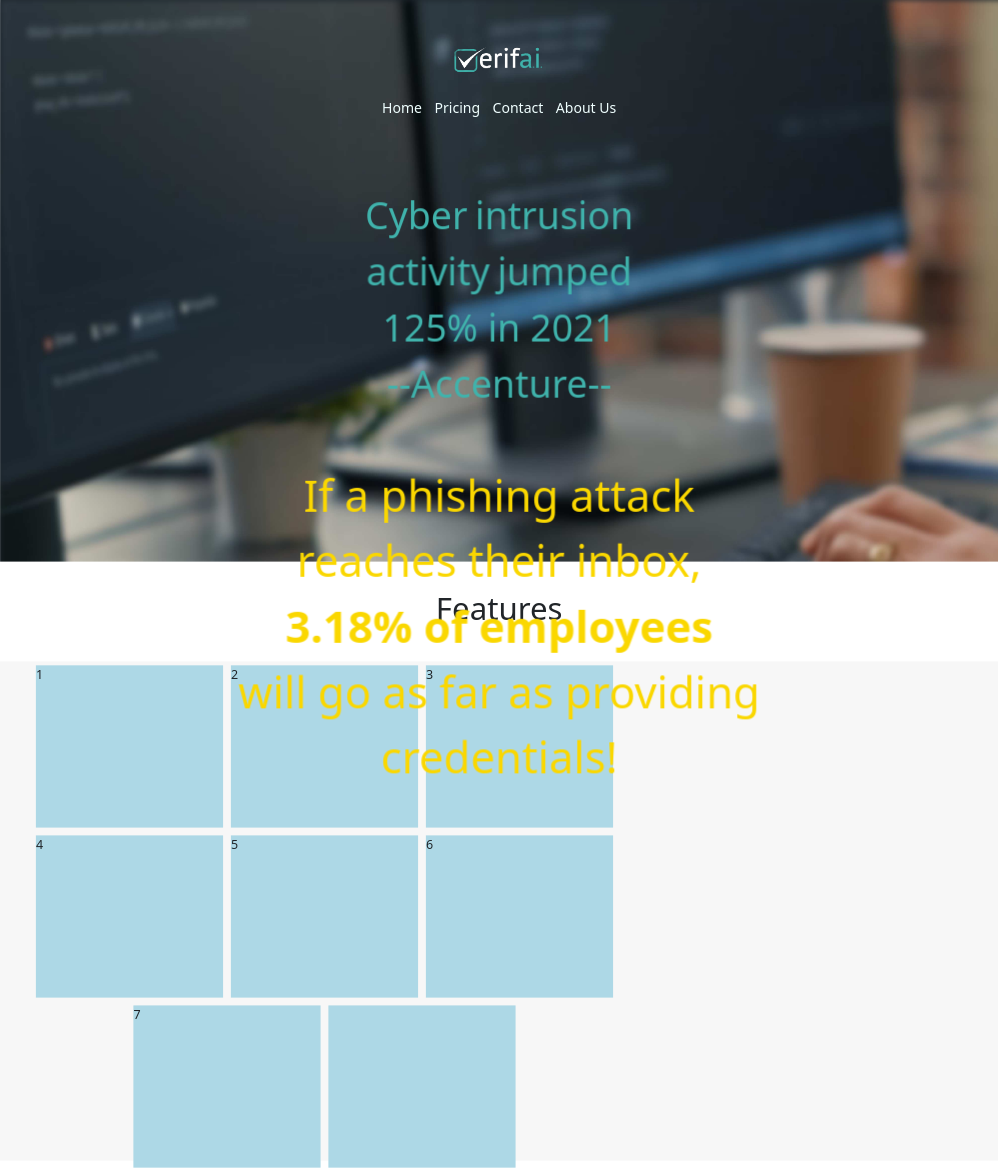
Repository: Ali-VB/verif-website
Page: /
The author's editor kept a copy of each file at every save. The page is drawn from the files as they stood at one save, then again after the next save.
The browser window is 1280 px wide. The pictures show the whole page, at 78% of full size.
The project was rebuilt for these pictures with package versions that can differ from the ones it lists, and the page was loaded fresh each time.

Above is the page before, as saved 2022-04-19 10:58:18.

### src/index.css
 body {
  margin: 0;
  padding: 0;
  font-family: -apple-system, BlinkMacSystemFont, 'Segoe UI', 'Roboto', 'Oxygen',
    'Ubuntu', 'Cantarell', 'Fira Sans', 'Droid Sans', 'Helvetica Neue',
    sans-serif;
  -webkit-font-smoothing: antialiased;
  -moz-osx-font-smoothing: grayscale;
}

/* code {
  font-family: source-code-pro, Menlo, Monaco, Consolas, 'Courier New',
    monospace;
}  */

### src/App.js
import React from "react";
import './App.css'
import Navbar from './components/Navbar/Navbar';
import Features from './components/Features/Features'
import Header from './components/Header/Header'


function App() {
  return (
    <div>
      <div className="nav-bg">
        <Navbar />
        <Header />

      </div>
       <Features />
    </div>

  );
}

export default App;

### src/App.css

.nav-bg{
    background-image: url("./Assets/imgs/nav-bg.png");
    height: 100vh;
}

### src/components/Navbar/Navbar.jsx
import React from "react";
import "./Navbar.css";
import verifLogo from "../../Assets/imgs/logo_verif_white.png";
import Header from "../Header/Header";

function Navbar() {
  return (
    <div className="container">
      <div className=" navbar">
        <img className="verif-logo" src={verifLogo} alt="verif-logo" />
        <ul className="navLink">
          <li>Home</li>
          <li>Pricing</li>
          <li>Contact</li>
          <li>About Us</li>
        </ul>
      </div>
    </div>
  );
}

export default Navbar;

### src/components/Features/Features.jsx
import React from "react";
import "./Features.css";
const Features = () => {
  return (
    <div>
      <div className="features-title-section">
        <h1 className="features-title">Features</h1>
      </div>
      <div className="features-section">
        <div className="feature-table">
          <div>1</div>
          <div>2</div>
          <div>3</div>
          <div>4</div>
          <div>5</div>
          <div>6</div>
          <div>7</div>
          <div></div>
        </div>
      </div>
    </div>
  );
};

export default Features;

### src/components/Header/Header.jsx
import React from "react";
import "./Header.css";

export default function Header() {
  return (
    <div className="header-animated">
      <div className="text-first">
        <span className="text-first-span">Cyber</span>
        <span className="text-first-span">intrusion</span>
        <span className="text-first-span">activity</span>
        <span className="text-first-span">jumped</span>
        <span className="text-first-span">125% in 2021</span>
        <span className="text-first-span">--Accenture--</span>
      </div>
      <div className="text-second">
        <span className="text-second-span">If a phishing attack reaches their inbox,</span>
        <span className="text-second-span">3.18% of employees</span>
        <span className="text-second-span">
          will go as far as providing credentials!
        </span>
      </div>
    </div>
  );
}

### src/components/Navbar/Navbar.css

.navbar{
    display: flex;
    flex-direction: column;
    justify-content: center;
    height:10rem;
}
.verif-logo{
    width: 8rem;
    margin-top: 3rem;
}
.verif-logo:hover{
    cursor: pointer;
}
.navLink{
    margin: 0;
    padding:0;
    list-style-type: none;
    display: flex;
    color: azure;
    font-size: 18px;
    gap: 1rem;

}
.navLink:hover{
    cursor: pointer;
}

### src/components/Features/Features.css
.features-title-section{
    height: 8rem;
    display: flex;
    justify-content: center;
    align-items: center;
}
.features-title{

}
.features-section{
    height: 40rem;
    background-color: #f7f7f7;
}
.feature-table{
    display: flex;
    flex-wrap: wrap;
    justify-content: center;
    align-items: center;
    align-content: center;
    width: 65%;
    /* height: 80vh; */
    overflow: auto;
    flex-direction: row;
}
.feature-table div{
    width: 15rem;
    height: 13rem;
    margin: 5px;
    background-color: lightblue;
    /* border: 1px solid red; */
}

### src/components/Header/Header.css
.header-animated{
    overflow-wrap:break-word;
    margin:0 auto;
    padding: 3rem 5rem;
}

.text-first {
    padding: 2rem 2rem;
    color: #40B3AC;
    font-size:3rem;
    width: 40%;
    margin: 0 auto;
    text-align: center;
    transform: scale(0.94);
    animation: scale 2s forwards cubic-bezier(0.5, 1, 0.89, 1);
  }
.text-second {
    padding: 2rem 2rem;
    color: #FAD700;
    font-size:3.5rem;
    width: 70%;
    margin: 0 auto;
    text-align: center;
    transform: scale(0.94);
    animation: scale 3s forwards cubic-bezier(0.5, 1, 0.89, 1);
  }
  @keyframes scale {
    100% {
      transform: scale(1);
    }
  }

  .text-first-span {
    display: inline-block;
    opacity: 0;
    filter: blur(4px);
  }

  .text-first-span:nth-child(1) {
    animation: fade-in 1s 0.1s forwards cubic-bezier(0.11, 0, 0.5, 0);
    margin: 0 0.3rem;
  }

  .text-first-span:nth-child(2) {
    animation: fade-in 1s 0.3s forwards cubic-bezier(0.11, 0, 0.5, 0);
    margin: 0 0.3rem;
  }

  .text-first-span:nth-child(3) {
    animation: fade-in 1s 0.5s forwards cubic-bezier(0.11, 0, 0.5, 0);
    margin: 0 0.3rem;
  }

  .text-first-span:nth-child(4) {
    animation: fade-in 1s 0.7s forwards cubic-bezier(0.11, 0, 0.5, 0);
    margin: 0 0.3rem;
  }

  .text-first-span:nth-child(5) {
    animation: fade-in 1s 0.9s forwards cubic-bezier(0.11, 0, 0.5, 0);
    margin: 0 0.3rem;
  }
  .text-first-span:nth-child(6) {
    animation: fade-in 1s 0.9s forwards cubic-bezier(0.11, 0, 0.5, 0);
    margin: 0 0.3rem;
  }

  .text-second-span {
    display: inline-block;
    opacity: 0;
    filter: blur(4px);
  }

  .text-second-span:nth-child(1) {
    animation: fade-in 1.2s 2.2s forwards cubic-bezier(0.11, 0, 0.5, 0);
    margin: 0 0.3rem;
  }

  .text-second-span:nth-child(2) {
    animation: fade-in 1.8s 2.6s forwards cubic-bezier(0.11, 0, 0.5, 0);
    margin: 0 0.3rem;
    font-weight: bolder;
  }

  .text-second-span:nth-child(3) {
    animation: fade-in 1.2s 3.6s forwards cubic-bezier(0.11, 0, 0.5, 0);
    margin: 0 0.3rem;
  }


  @keyframes fade-in {
    100% {
      opacity: 1;
      filter: blur(0);
    }
  }

  @media only screen and (max-width: 992px) {
    .text-first {
        margin-top: 3rem;
        margin-bottom: 2rem;
        padding: 0.1rem 0.1rem;
        width: 90%;
        font-size:3.5rem;


      }
      .text-second {
        padding: 0.1rem 0.1rem;
        width: 90%;
        font-size:4rem;

      }
  }

  @media only screen and (max-width: 768px) {
    .text-first {
        margin-top: 4.5rem;
        margin-bottom: 3rem;
        padding: 0.1rem 0.1rem;
        width: 90%;
        font-size:1.5rem;


      }
    .text-second {
        padding: 0.1rem 0.1rem;
        width: 90%;
        font-size:2.1rem;

      }
  }

Loaded but not shown: public/index.html (common file); src/index.js (common file); src/reportWebVitals.js (common file)

After the next save:
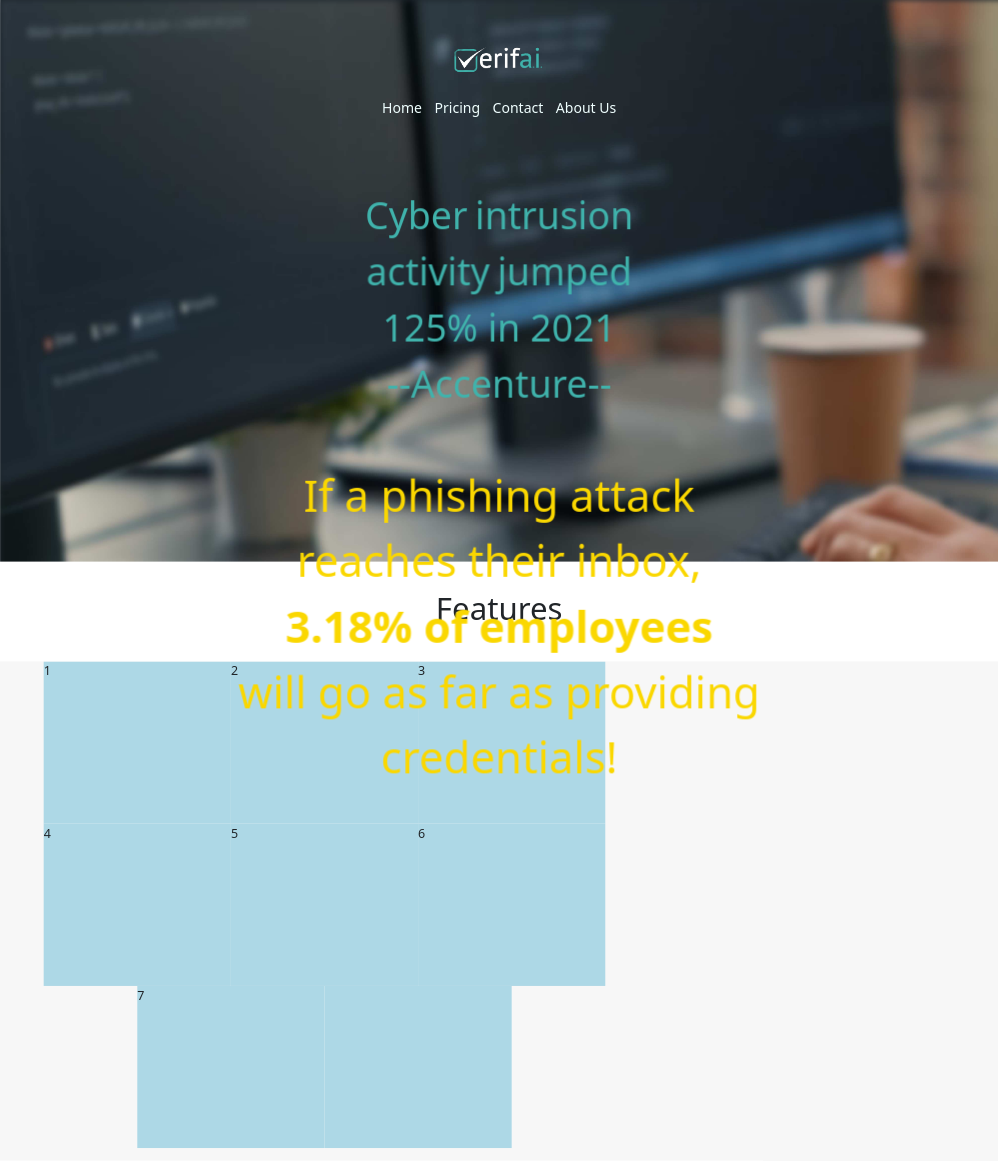
Saved 6 s later.
--- a/src/components/Features/Features.css
+++ b/src/components/Features/Features.css
@@ -25,7 +25,7 @@
 .feature-table div{
     width: 15rem;
     height: 13rem;
-    margin: 5px;
+    /* margin: 5px; */
     background-color: lightblue;
     /* border: 1px solid red; */
 }
